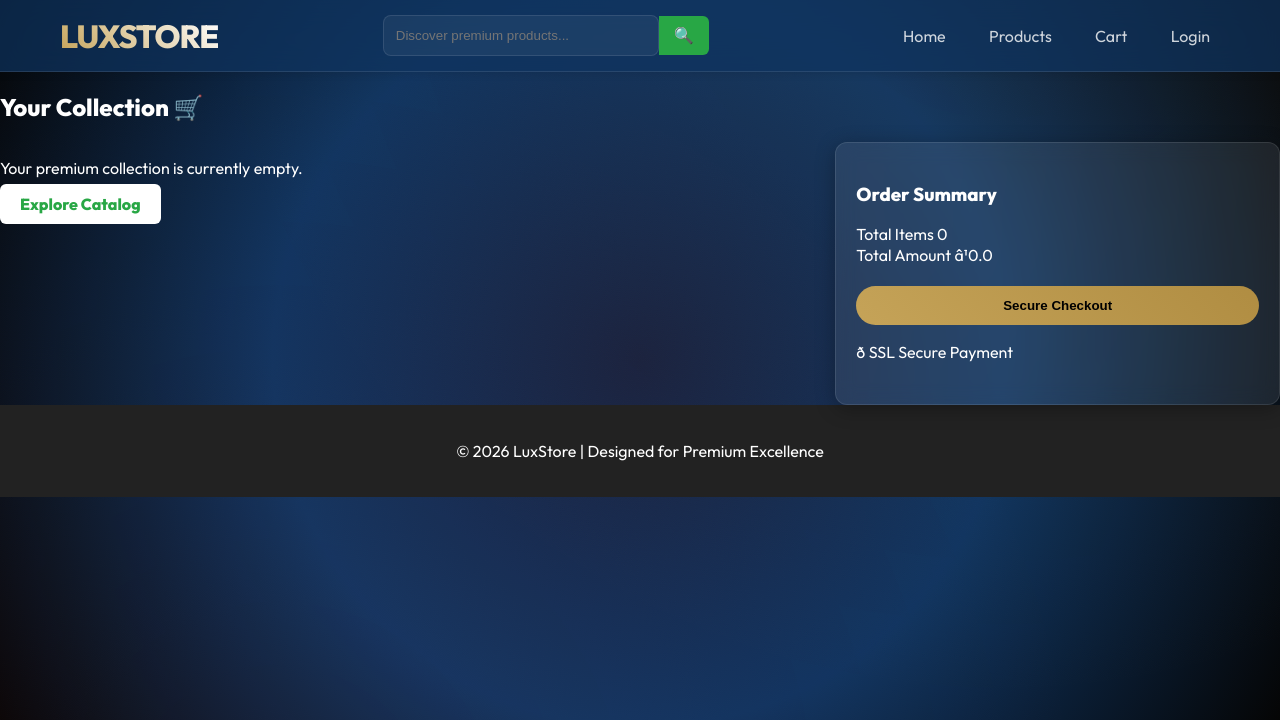
Repository: pradeepkumarh-17/Ecommerce
Page: http://localhost/EcomStore/cart
An editor plug-in stored every save of this project. The page is shown before and after the next save, followed by the edit.
The browser window is 1280 px wide. The pictures show the whole page.
Some web libraries are served in a nearby version. The page is served by Tomcat 10. Other server files are loaded and not shown.

Above is the page before, as saved 2026-05-03 08:17:05.

### EcomStore/src/main/webapp/views/cart/cart.jsp
<%@ page import="java.util.*, com.ecommerce.dao.*, com.ecommerce.dao.impl.*, com.ecommerce.model.Product" %>
<%@ include file="../partials/header.jsp" %>

<link rel="stylesheet" href="/EcomStore/assets/css/cart.css">

<div class="container-3d">
    <div class="container">

    <h2 class="section-title">Your Collection &#128722;</h2>

    <div class="cart-layout">

        <!-- LEFT SIDE -->
        <div class="cart-items">

        <%
            Map<Integer, Integer> cart = (Map<Integer, Integer>) session.getAttribute("cart");
            ProductDAO dao = new ProductDAOImpl();
            double total = 0;

            if (cart != null && !cart.isEmpty()) {
                for (Map.Entry<Integer, Integer> entry : cart.entrySet()) {
                    int productId = entry.getKey();
                    int qty = entry.getValue();
                    Product p = dao.getProductById(productId);
                    double price = p.getPrice();
                    double sub = price * qty;
                    total += sub;
        %>

        <div class="cart-card glass-panel">

            <div class="cart-img-wrapper">
                <img src="<%= p.getImageUrl() %>" onerror="this.src='https://picsum.photos/100'">
            </div>

            <div class="cart-info">
                <h3><%= p.getName() %></h3>
                <p class="price">₹<%= price %></p>
                <div class="qty-badge">Quantity: <span><%= qty %></span></div>
                <a class="remove-btn" href="/EcomStore/remove-item?id=<%= productId %>">Remove Item</a>
            </div>

            <div class="subtotal">
                <span class="label">Subtotal</span>
                <span class="value">₹<%= sub %></span>
            </div>

        </div>

        <%
                }
            } else {
        %>

        <div class="empty-cart glass-panel">
            <p>Your premium collection is currently empty.</p>
            <a href="/EcomStore/product" class="btn">Explore Catalog</a>
        </div>

        <%
            }
        %>

        </div>

        <!-- RIGHT SIDE -->
        <div class="cart-summary glass-panel">

            <h3>Order Summary</h3>

            <div class="summary-details">
                <div class="summary-row">
                    <span>Total Items</span>
                    <span><%= (cart != null) ? cart.size() : 0 %></span>
                </div>
                <div class="summary-row total">
                    <span>Total Amount</span>
                    <span>₹<%= total %></span>
                </div>
            </div>

            <a href="/EcomStore/checkout">
                <button class="cart-btn big-btn checkout-btn">Secure Checkout</button>
            </a>

            <div class="security-note">
                <p>🔒 SSL Secure Payment</p>
            </div>

        </div>

    </div>

    </div>
</div>

<%@ include file="../partials/footer.jsp" %>

### EcomStore/src/main/webapp/views/partials/header.jsp
<%@ page contentType="text/html; charset=UTF-8" %>

<!DOCTYPE html>
<html lang="en">
<head>
    <meta charset="UTF-8">
    <meta name="viewport" content="width=device-width, initial-scale=1.0">
    <title>LuxCommerce | Premium E-Store</title>

    <!-- Google Fonts -->
    <link rel="preconnect" href="https://fonts.googleapis.com">
    <link rel="preconnect" href="https://fonts.gstatic.com" crossorigin>
    <link href="https://fonts.googleapis.com/css2?family=Outfit:wght@300;400;600;800&display=swap" rel="stylesheet">

    <!-- ✅ CSS LINKS -->
    <link rel="stylesheet" href="<%= request.getContextPath() %>/assets/css/style.css">
    <link rel="stylesheet" href="<%= request.getContextPath() %>/assets/css/modern-ui.css">

    <!-- GSAP for Animations -->
    <script src="https://cdnjs.cloudflare.com/ajax/libs/gsap/3.12.2/gsap.min.js"></script>
    <script src="https://cdnjs.cloudflare.com/ajax/libs/gsap/3.12.2/ScrollTrigger.min.js"></script>
</head>

<body>

<header class="header">
    <div class="logo">LUX<span>STORE</span></div>

    <div class="search-bar">
        <form action="<%= request.getContextPath() %>/product" method="GET">
            <input type="text" name="search" placeholder="Discover premium products...">
            <button type="submit">🔍</button>
        </form>
    </div>

    <nav class="nav-links">
        <a href="<%= request.getContextPath() %>/views/user/home.jsp">Home</a>
        <a href="<%= request.getContextPath() %>/product">Products</a>
        <a href="<%= request.getContextPath() %>/cart">Cart</a>
        <a href="<%= request.getContextPath() %>/login" class="login-btn">Login</a>
    </nav>
</header>

### EcomStore/src/main/webapp/views/partials/footer.jsp
<footer class="footer">
    <div class="footer-content">
        <p>&copy; 2026 LuxStore | Designed for Premium Excellence</p>
    </div>
</footer>

<!-- Modern UI Logic -->
<script src="<%= request.getContextPath() %>/assets/js/modern-ui.js"></script>

</body>
</html>

### EcomStore/src/main/java/com/ecommerce/controller/CartController.java
package com.ecommerce.controller;

import jakarta.servlet.*;
import jakarta.servlet.http.*;
import jakarta.servlet.annotation.WebServlet;
import java.io.IOException;
import java.util.*;

@WebServlet("/cart")
public class CartController extends HttpServlet {

    // ================= VIEW CART =================
    protected void doGet(HttpServletRequest req, HttpServletResponse res)
            throws ServletException, IOException {

        HttpSession session = req.getSession();

        Map<Integer, Integer> cart =
                (Map<Integer, Integer>) session.getAttribute("cart");

        if (cart == null) {
            cart = new HashMap<>();
        }

        req.setAttribute("cartItems", cart);

        RequestDispatcher rd = req.getRequestDispatcher("views/cart/cart.jsp");
        rd.forward(req, res);
    }

    // ================= ADD TO CART =================
    protected void doPost(HttpServletRequest req, HttpServletResponse res)
            throws ServletException, IOException {

        int productId = Integer.parseInt(req.getParameter("productId"));

        HttpSession session = req.getSession();

        Map<Integer, Integer> cart =
                (Map<Integer, Integer>) session.getAttribute("cart");

        if (cart == null) {
            cart = new HashMap<>();
        }

        // 👉 Increase quantity
        cart.put(productId, cart.getOrDefault(productId, 0) + 1);

        session.setAttribute("cart", cart);

        System.out.println("Cart Updated: " + cart);

        res.sendRedirect("/EcomStore/product");
    }
}

### EcomStore/src/main/java/com/ecommerce/dao/impl/ProductDAOImpl.java
package com.ecommerce.dao.impl;

import com.ecommerce.dao.ProductDAO;
import com.ecommerce.model.Product;
import com.ecommerce.util.DBConnection;

import java.sql.*;
import java.util.ArrayList;
import java.util.List;

public class ProductDAOImpl implements ProductDAO {

    // ================= GET ALL =================
    @Override
    public List<Product> getAllProducts() {

        List<Product> list = new ArrayList<>();

        Connection con = DBConnection.getConnection();

        if (con == null) {
            System.out.println("❌ Connection is NULL in getAllProducts()");
            return list; // return empty list safely
        }

        try (Statement st = con.createStatement();
             ResultSet rs = st.executeQuery("SELECT * FROM products")) {

            while (rs.next()) {
                list.add(mapProduct(rs));
            }

        } catch (Exception e) {
            e.printStackTrace();
        }

        return list;
    }

    // ================= CATEGORY =================
    @Override
    public List<Product> getProductsByCategory(int categoryId) {

        List<Product> list = new ArrayList<>();

        Connection con = DBConnection.getConnection();

        if (con == null) {
            System.out.println("❌ Connection is NULL in getProductsByCategory()");
            return list;
        }

        try (PreparedStatement ps = con.prepareStatement(
                "SELECT * FROM products WHERE category_id = ?")) {

            ps.setInt(1, categoryId);
            ResultSet rs = ps.executeQuery();

            while (rs.next()) {
                list.add(mapProduct(rs));
            }

        } catch (Exception e) {
            e.printStackTrace();
        }

        return list;
    }

    // ================= BY ID =================
    @Override
    public Product getProductById(int productId) {

        Connection con = DBConnection.getConnection();

        if (con == null) {
            System.out.println("❌ Connection is NULL in getProductById()");
            return null;
        }

        try (PreparedStatement ps = con.prepareStatement(
                "SELECT * FROM products WHERE product_id = ?")) {

            ps.setInt(1, productId);
            ResultSet rs = ps.executeQuery();

            if (rs.next()) {
                return mapProduct(rs);
            }

        } catch (Exception e) {
            e.printStackTrace();
        }

        return null;
    }

    // ================= FILTER =================
    @Override
    public List<Product> filterProducts(String search, String category, String gender, String price) {

        List<Product> list = new ArrayList<>();

        Connection con = DBConnection.getConnection();

        if (con == null) {
            System.out.println("❌ Connection is NULL in filterProducts()");
            return list;
        }

        StringBuilder query = new StringBuilder("SELECT * FROM products WHERE 1=1");

        if (search != null && !search.isEmpty()) {
            query.append(" AND product_name LIKE ?");
        }

        if (category != null && !category.isEmpty()) {
            query.append(" AND category_id = ?");
        }

        if (gender != null && !gender.isEmpty()) {
            query.append(" AND gender = ?");
        }

        if ("1".equals(price)) {
            query.append(" AND price < 500");
        } else if ("2".equals(price)) {
            query.append(" AND price BETWEEN 500 AND 1500");
        } else if ("3".equals(price)) {
            query.append(" AND price > 1500");
        }

        try (PreparedStatement ps = con.prepareStatement(query.toString())) {

            int index = 1;

            if (search != null && !search.isEmpty()) {
                ps.setString(index++, "%" + search + "%");
            }

            if (category != null && !category.isEmpty()) {
                ps.setInt(index++, Integer.parseInt(category));
            }

            if (gender != null && !gender.isEmpty()) {
                ps.setString(index++, gender);
            }

            ResultSet rs = ps.executeQuery();

            while (rs.next()) {
                list.add(mapProduct(rs));
            }

        } catch (Exception e) {
            e.printStackTrace();
        }

        return list;
    }

    // ================= MAPPER =================
    private Product mapProduct(ResultSet rs) throws SQLException {

        Product p = new Product();

        p.setProductId(rs.getInt("product_id"));
        p.setName(rs.getString("product_name"));
        p.setPrice(rs.getDouble("price"));
        p.setImageUrl(rs.getString("image_url"));

        return p;
    }
}

### EcomStore/src/main/webapp/assets/css/style.css
/* ================= GLOBAL ================= */
body {
    margin: 0;
    font-family: 'Segoe UI', sans-serif;
    background: #8080ff;
}

/* ================= HEADER ================= */
.header {
    display: flex;
    justify-content: space-between;
    align-items: center;
    padding: 15px 40px;
    background: white;
    box-shadow: 0 2px 8px rgba(0,0,0,0.1);
}

.logo {
    font-size: 26px;
    font-weight: bold;
    color: #28a745;
}

/* SEARCH BAR FIX */
.search-bar form {
    display: flex;
    align-items: center;
}

.search-bar input {
    padding: 10px;
    width: 250px;
    border: 1px solid #ddd;
    border-radius: 6px 0 0 6px;
    outline: none;
}

.search-bar button {
    padding: 10px 15px;
    border: none;
    background: #28a745;
    color: white;
    border-radius: 0 6px 6px 0;
    cursor: pointer;
    font-size: 16px;
}

/* NAV */
.nav-links a {
    margin-left: 20px;
    text-decoration: none;
    color: #333;
    font-weight: 500;
}

.nav-links a:hover {
    color: #28a745;
}

/* ================= HERO ================= */
.hero {
    background: linear-gradient(rgba(0,0,0,0.4), rgba(0,0,0,0.4)),
    url("/EcomStore/assets/images/download(3).jpeg");

    background-size: cover;
    background-position: center;
    background-repeat: no-repeat;

    height: 320px;
    margin: 20px;
    border-radius: 15px;

    display: flex;
    justify-content: center;
    align-items: center;
    text-align: center;
    color: #ff8040;
}

.hero h1 {
    font-size: 42px;
    margin-bottom: 12px;
    justify-content: center;
    align-items: center;
    text-align: center;
    color: #ff8000;

}

.hero p {
    font-size: 18px;
}

.btn {
    padding: 10px 20px;
    background: white;
    color: #28a745;
    border-radius: 6px;
    text-decoration: none;
    font-weight: bold;
}

/* ================= CATEGORY ================= */
.categories {
    padding: 40px 0;
    text-align: center;
}

.category-grid {
    display: flex;
    justify-content: center;
    gap: 25px;
    margin-top: 20px;
}

.category-card {
    background: white;
    padding: 15px 30px;
    border-radius: 12px;
    text-decoration: none;
    color: #333;
    font-weight: 500;
    box-shadow: 0 4px 10px rgba(0,0,0,0.1);
    transition: 0.3s;
}

.category-card:hover {
    background: #28a745;
    color: white;
    transform: translateY(-5px);
}

/* ================= PRODUCTS ================= */
.products {
    padding: 30px;
}

.product-grid {
    display: grid;
    grid-template-columns: repeat(auto-fit, minmax(220px, 1fr));
    gap: 25px;
}

/* CARD */
.product-card {
    background: white;
    padding: 15px;
    border-radius: 12px;
    text-align: center;
    box-shadow: 0 4px 12px rgba(0,0,0,0.1);
    transition: 0.3s;
}

/* HOVER EFFECT */
.product-card:hover {
    transform: translateY(-8px) scale(1.03);
    box-shadow: 0 12px 25px rgba(0,0,0,0.2);
}

/* IMAGE */
.product-card img {
    width: 100%;
    height: 180px;
    object-fit: cover;
    border-radius: 10px;
}

/* TEXT */
.product-card h3 {
    margin: 10px 0;
    font-size: 16px;
}

/* PRICE */
.price {
    color: #28a745;
    font-weight: bold;
    margin-bottom: 10px;
}

/* BUTTON */
.cart-btn {
    background: #28a745;
    color: white;
    border: none;
    padding: 10px;
    width: 100%;
    border-radius: 6px;
    cursor: pointer;
    transition: 0.3s;
}

.cart-btn:hover {
    background: #218838;
}

/* ================= FOOTER ================= */
.footer {
    text-align: center;
    padding: 20px;
    background: #222;
    color: white;
}

/* ================= RESPONSIVE ================= */
@media (max-width: 768px) {
    .search-bar input {
        width: 150px;
    }

    .category-grid {
        flex-wrap: wrap;
    }
}

### EcomStore/src/main/webapp/assets/css/modern-ui.css
:root {
    --primary: #c5a358; /* Gold accent */
    --secondary: #1a1a2e; /* Deep dark blue */
    --accent: #e94560; /* Vibrant pink/red */
    --bg-dark: #0f3460;
    --glass: rgba(255, 255, 255, 0.05);
    --glass-border: rgba(255, 255, 255, 0.1);
    --glass-text: rgba(255, 255, 255, 0.8);
    --shadow-3d: 0 20px 40px rgba(0,0,0,0.4), 0 10px 10px rgba(0,0,0,0.2);
    --transition-fast: 0.3s cubic-bezier(0.4, 0, 0.2, 1);
    --transition-slow: 0.6s cubic-bezier(0.4, 0, 0.2, 1);
}

@import url('https://fonts.googleapis.com/css2?family=Outfit:wght@300;400;600;800&display=swap');

body {
    margin: 0;
    font-family: 'Outfit', sans-serif;
    background: #050505;
    color: #fff;
    overflow-x: hidden;
    scroll-behavior: smooth;
}

/* Animated Gradient Background */
.bg-animation {
    position: fixed;
    top: 0;
    left: 0;
    width: 100%;
    height: 100%;
    background: radial-gradient(circle at 50% 50%, #16213e 0%, #0f3460 50%, #050505 100%);
    z-index: -1;
    overflow: hidden;
}

.bg-animation::after {
    content: '';
    position: absolute;
    top: -50%;
    left: -50%;
    width: 200%;
    height: 200%;
    background: radial-gradient(circle at 30% 30%, rgba(197, 163, 88, 0.05) 0%, transparent 40%),
                radial-gradient(circle at 70% 70%, rgba(233, 69, 96, 0.05) 0%, transparent 40%);
    animation: rotateBG 20s linear infinite;
}

@keyframes rotateBG {
    0% { transform: rotate(0deg); }
    100% { transform: rotate(360deg); }
}

/* 3D Perspective Container */
.container-3d {
    perspective: 1000px;
}

/* Glassmorphism Header */
.header {
    background: rgba(15, 52, 96, 0.7) !important;
    backdrop-filter: blur(15px);
    border-bottom: 1px solid var(--glass-border);
    position: sticky;
    top: 0;
    z-index: 1000;
    padding: 15px 60px !important;
    transition: var(--transition-fast);
}

.header.scrolled {
    padding: 10px 60px !important;
    background: rgba(15, 52, 96, 0.9) !important;
}

.logo {
    font-size: 32px !important;
    background: linear-gradient(45deg, var(--primary), #fff);
    -webkit-background-clip: text;
    background-clip: text;
    -webkit-text-fill-color: transparent;
    font-weight: 800 !important;
    letter-spacing: -1px;
}

.nav-links a {
    color: var(--glass-text) !important;
    position: relative;
    font-weight: 400 !important;
    padding: 5px 10px;
    border-radius: 5px;
    transition: var(--transition-fast);
}

.nav-links a::after {
    content: '';
    position: absolute;
    bottom: 0;
    left: 50%;
    width: 0;
    height: 2px;
    background: var(--primary);
    transition: var(--transition-fast);
    transform: translateX(-50%);
}

.nav-links a:hover {
    color: #fff !important;
}

.nav-links a:hover::after {
    width: 80%;
}

/* 3D Glass Product Card */
.product-card {
    background: var(--glass) !important;
    backdrop-filter: blur(10px);
    border: 1px solid var(--glass-border) !important;
    border-radius: 20px !important;
    padding: 20px !important;
    transform-style: preserve-3d;
    transition: transform 0.5s cubic-bezier(0.23, 1, 0.32, 1), box-shadow 0.5s ease !important;
    position: relative;
}

.product-card:hover {
    transform: translateY(-10px) rotateX(5deg) rotateY(-5deg) !important;
    box-shadow: 0 30px 60px rgba(0,0,0,0.6) !important;
    border-color: var(--primary) !important;
}

.product-card img {
    border-radius: 15px !important;
    transform: translateZ(20px);
    transition: var(--transition-fast);
    box-shadow: 0 10px 20px rgba(0,0,0,0.3);
}

.product-card h3 {
    color: #fff !important;
    transform: translateZ(30px);
    margin: 15px 0 5px 0 !important;
}

.product-card .price {
    color: var(--primary) !important;
    transform: translateZ(25px);
    font-size: 20px !important;
}

.cart-btn {
    background: linear-gradient(45deg, var(--primary), #b08d42) !important;
    border: none !important;
    border-radius: 30px !important;
    color: #000 !important;
    font-weight: 700 !important;
    padding: 12px !important;
    margin-top: 15px !important;
    transform: translateZ(40px);
    transition: var(--transition-fast) !important;
    cursor: pointer;
}

.cart-btn:hover {
    background: #fff !important;
    transform: translateZ(50px) scale(1.05) !important;
    box-shadow: 0 0 20px var(--primary);
}

/* Hero Section Enhancement */
.hero {
    height: 450px !important;
    border-radius: 30px !important;
    position: relative;
    overflow: hidden;
    background: none !important;
    border: 1px solid var(--glass-border);
}

.hero::before {
    content: '';
    position: absolute;
    top: 0;
    left: 0;
    width: 100%;
    height: 100%;
    background: linear-gradient(rgba(0,0,0,0.2), rgba(0,0,0,0.8)), url('https://images.unsplash.com/photo-1441986300917-64674bd600d8?ixlib=rb-1.2.1&auto=format&fit=crop&w=1350&q=80');
    background-size: cover;
    background-position: center;
    z-index: -1;
    transition: transform 5s ease;
}

.hero:hover::before {
    transform: scale(1.1);
}

.hero h1 {
    font-size: 64px !important;
    color: #fff !important;
    text-shadow: 0 10px 20px rgba(0,0,0,0.5);
    margin-bottom: 20px !important;
}

.hero .btn {
    background: var(--primary) !important;
    color: #000 !important;
    padding: 15px 40px !important;
    border-radius: 50px !important;
    font-size: 18px !important;
    box-shadow: 0 10px 20px rgba(197, 163, 88, 0.3);
}

/* Category Cards */
.category-card {
    background: var(--glass) !important;
    border: 1px solid var(--glass-border) !important;
    color: #fff !important;
    border-radius: 15px !important;
    padding: 20px 40px !important;
    transition: var(--transition-fast) !important;
}

.category-card:hover {
    background: var(--primary) !important;
    color: #000 !important;
    transform: scale(1.1) rotate(2deg) !important;
}

/* Forms */
input, select, textarea {
    background: rgba(255,255,255,0.05) !important;
    border: 1px solid var(--glass-border) !important;
    color: #fff !important;
    border-radius: 8px !important;
    padding: 12px !important;
    transition: var(--transition-fast);
}

input:focus {
    border-color: var(--primary) !important;
    background: rgba(255,255,255,0.1) !important;
    box-shadow: 0 0 15px rgba(197, 163, 88, 0.2);
    outline: none;
}

/* Premium Scrollbar */
::-webkit-scrollbar {
    width: 8px;
}

::-webkit-scrollbar-track {
    background: #050505;
}

::-webkit-scrollbar-thumb {
    background: var(--primary);
    border-radius: 10px;
}

::-webkit-scrollbar-thumb:hover {
    background: #fff;
}

### EcomStore/src/main/webapp/assets/css/cart.css
@charset "UTF-8";

/* MAIN CONTAINER */
.cart-container {
    padding: 30px;
    color: #f1f1f1; /* 🔥 text visible on dark bg */
}

.cart-layout {
    display: flex;
    gap: 30px;
}

.cart-items {
    flex: 2;
}

/* CART CARD */
.cart-card {
    display: flex;
    align-items: center;
    gap: 20px;

    background: rgba(255, 255, 255, 0.08); /* 🔥 glass effect */
    backdrop-filter: blur(10px);

    padding: 15px;
    border-radius: 12px;
    margin-bottom: 15px;

    border: 1px solid rgba(255,255,255,0.1);
    box-shadow: 0 4px 20px rgba(0,0,0,0.3);
}

.cart-card img {
    width: 100px;
    border-radius: 10px;
}

/* TEXT FIX */
.cart-info h3 {
    margin: 0;
    color: #ffffff; /* 🔥 visible */
}

/* PRICE */
.price {
    color: #00ff9d; /* 🔥 neon premium green */
    font-weight: bold;
}

/* REMOVE BUTTON */
.remove-btn {
    color: #ff4d4d;
    text-decoration: none;
    font-size: 14px;
}

.remove-btn:hover {
    text-decoration: underline;
}

/* SUBTOTAL */
.subtotal {
    margin-left: auto;
    font-weight: bold;
    color: #ffffff;
}

/* RIGHT SIDE */
.cart-summary {
    flex: 1;

    background: rgba(255, 255, 255, 0.08); /* 🔥 same theme */
    backdrop-filter: blur(10px);

    padding: 20px;
    border-radius: 12px;
    height: fit-content;

    border: 1px solid rgba(255,255,255,0.1);
    box-shadow: 0 4px 20px rgba(0,0,0,0.3);

    color: #ffffff;
}

/* CHECKOUT BUTTON */
.checkout-btn {
    width: 100%;
    padding: 14px;

    background: linear-gradient(135deg, #c9a34e, #b8933c); /* 🔥 premium gold */
    color: black;

    border: none;
    border-radius: 30px;
    cursor: pointer;
    margin-top: 15px;

    font-weight: bold;
    transition: 0.3s;
}

.checkout-btn:hover {
    transform: scale(1.05);
    box-shadow: 0 0 15px rgba(201,163,78,0.6);
}

Loaded but not shown: EcomStore/src/main/webapp/assets/js/modern-ui.js (103 lines, source omitted)

After the next save:
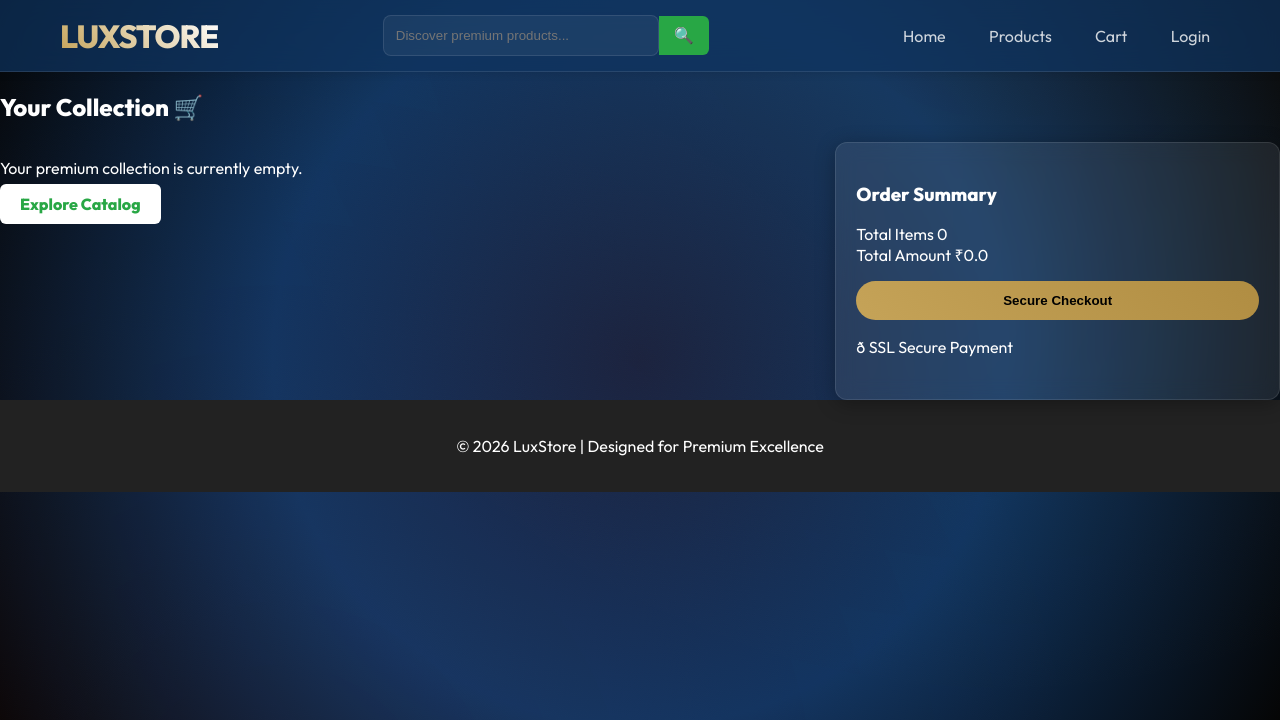
Saved 3 min 25 s later.
--- a/EcomStore/src/main/webapp/views/cart/cart.jsp
+++ b/EcomStore/src/main/webapp/views/cart/cart.jsp
@@ -36,14 +36,14 @@
 
             <div class="cart-info">
                 <h3><%= p.getName() %></h3>
-                <p class="price">₹<%= price %></p>
+                <p class="price">&#8377;<%= price %></p>
                 <div class="qty-badge">Quantity: <span><%= qty %></span></div>
                 <a class="remove-btn" href="/EcomStore/remove-item?id=<%= productId %>">Remove Item</a>
             </div>
 
             <div class="subtotal">
                 <span class="label">Subtotal</span>
-                <span class="value">₹<%= sub %></span>
+                <span class="value">&#8377;<%= sub %></span>
             </div>
 
         </div>
@@ -76,7 +76,7 @@
                 </div>
                 <div class="summary-row total">
                     <span>Total Amount</span>
-                    <span>₹<%= total %></span>
+                    <span>&#8377;<%= total %></span>
                 </div>
             </div>
 
